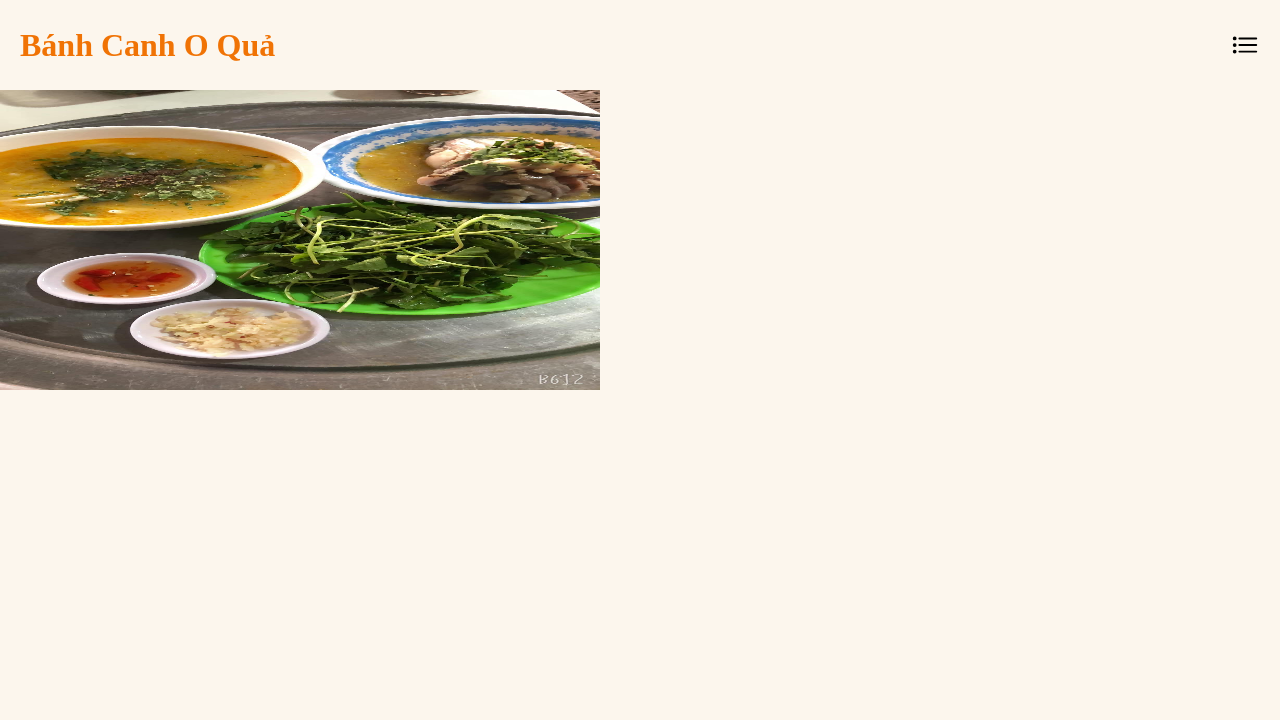
Repository: LeCongTuan2608/AmThuc
Page: public/index.html
The author's editor kept a copy of each file at every save. The page is drawn from the files as they stood at one save, then again after the next save.
The browser window is 1280 px wide. The pictures show the whole page.
The style sheet was rebuilt from its Sass, Less or Tailwind sources for each picture, by a compiler version that may differ from the author's.

Above is the page before, as saved 2022-04-15 10:03:52.

After the next save:
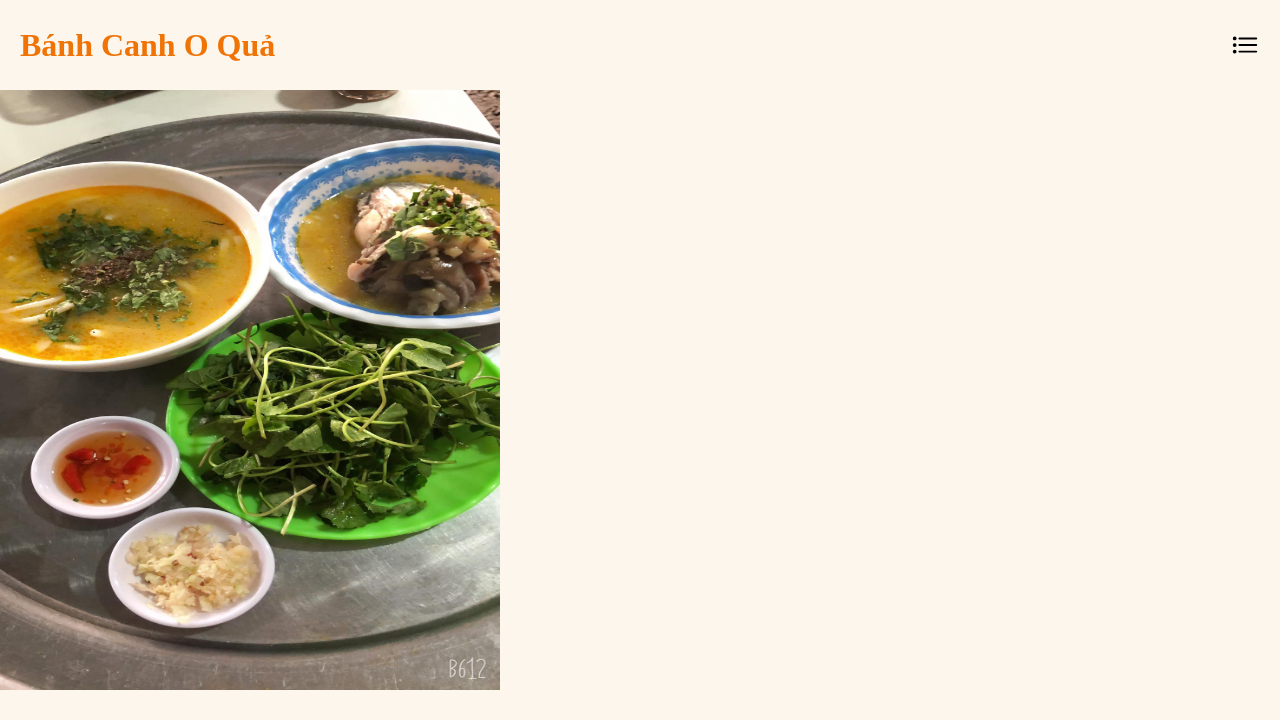
Saved 5 s later.
--- a/sass/index.scss
+++ b/sass/index.scss
@@ -33,6 +33,6 @@ main #top{
     height: auto;
 }
 #image img{
-    height: 300px;
-    width: 600px;
+    height: 600px;
+    width: 500px;
 }
